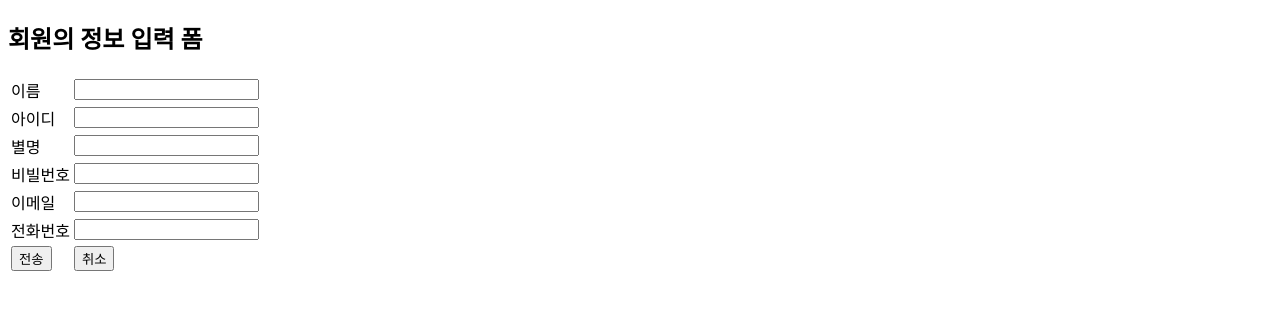
Repository: yjeongyjeong/jsp
Page: http://localhost/web-study-08-mysql/02_addMemberForm.jsp
These files come from the project's save history. The page is drawn as it stood at one moment and after the next save; the edit follows.
The browser window is 1280 px wide. The pictures show the whole page.
The page is served by Tomcat 9.

Above is the page before, as saved 2023-10-12 06:45:41.

After the next save:
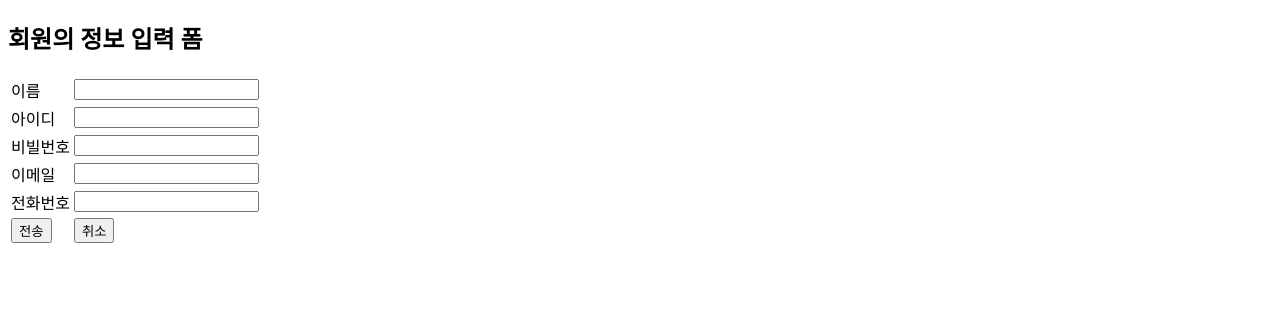
Saved 12 s later.
--- a/web-study-08-mysql/src/main/webapp/02_addMemberForm.jsp
+++ b/web-study-08-mysql/src/main/webapp/02_addMemberForm.jsp
@@ -19,10 +19,6 @@
             <td><input type="text" name=userid size=20></td>
          </tr>
          <tr>
-            <td>별명</td>
-            <td><input type="text" name=nickname size=20></td>
-         </tr>
-         <tr>
             <td>비빌번호</td>
             <td><input type="password" name=pwd size=20></td>
          </tr>
